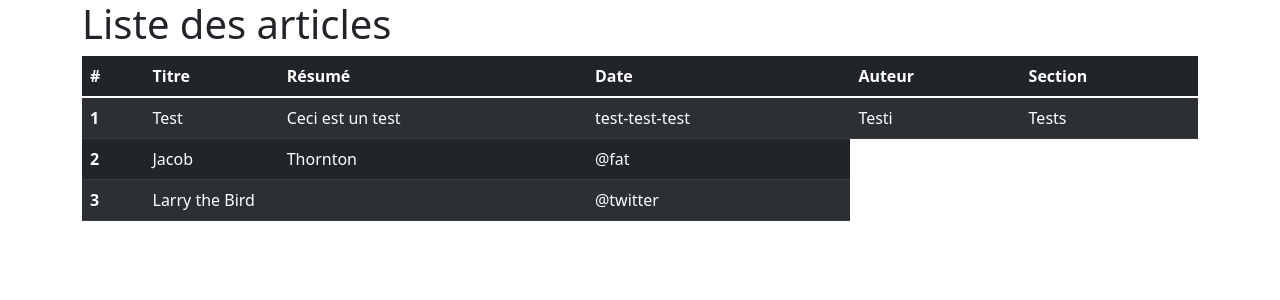
Repository: QuentinFayt/NewsWeb
Page: sources/adminNewsWeb/articlesList.html
These files come from the project's save history. The page is drawn as it stood at one moment and after the next save; the edit follows.
The browser window is 1280 px wide. The pictures show the whole page.

Above is the page before, as saved 2021-12-23 11:53:48.

After the next save:
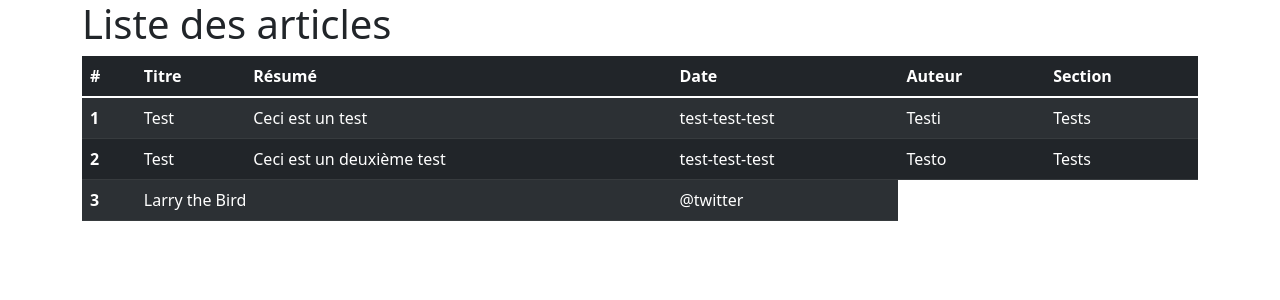
Saved 18 s later.
--- a/sources/adminNewsWeb/articlesList.html
+++ b/sources/adminNewsWeb/articlesList.html
@@ -33,9 +33,11 @@
                 </tr>
                 <tr>
                     <th scope="row">2</th>
-                    <td>Jacob</td>
-                    <td>Thornton</td>
-                    <td>@fat</td>
+                    <td>Test</td>
+                    <td>Ceci est un deuxième test</td>
+                    <td>test-test-test</td>
+                    <td>Testo</td>
+                    <td>Tests</td>
                 </tr>
                 <tr>
                     <th scope="row">3</th>
